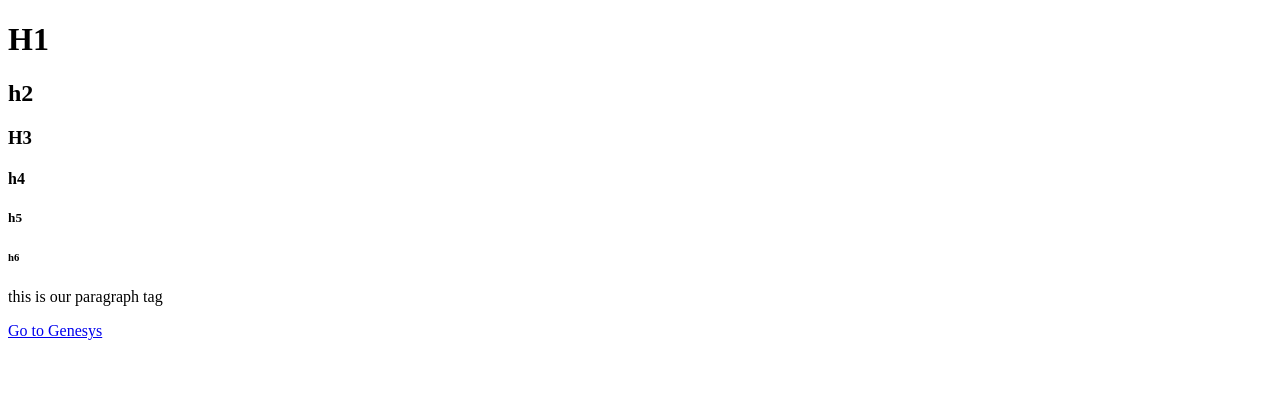
Repository: Ifenna-Pascal/firstRepo
Page: index.html
These files come from the project's save history. The page is drawn as it stood at one moment and after a run of saves; the edit follows.
The browser window is 1280 px wide. The pictures show the whole page.

Above is the page before, as saved 2023-07-14 12:15:09.

After the next 2 saves:
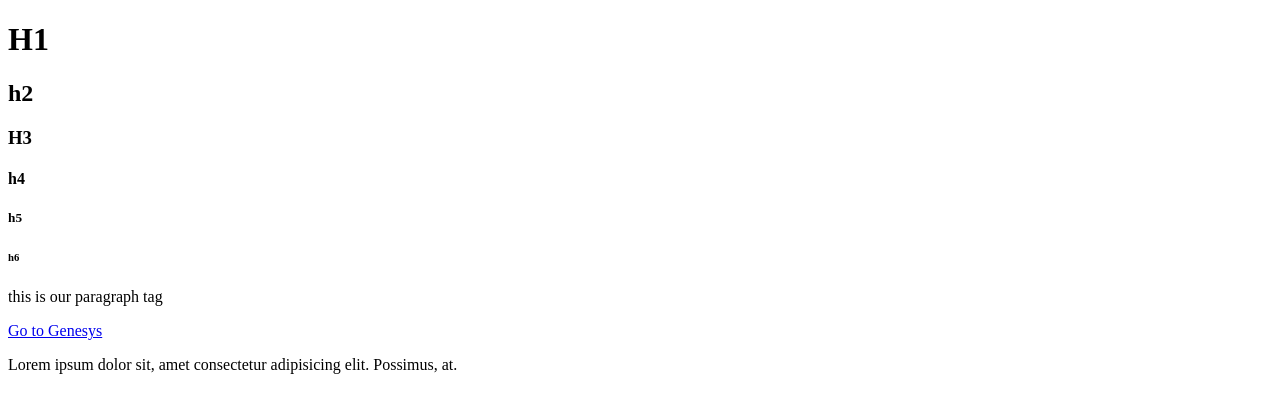
The 2 saves are shown as one change because they came seconds apart.
The last was saved 33 s later.
--- a/index.html
+++ b/index.html
@@ -37,5 +37,8 @@
         <span>Lorem ipsum <b>dolor</b> sit amet consectetur.</span>
     </section> -->
     <a href="https://www.genesystechhub.com/" title="Linkk" target="_blank">Go to Genesys</a>
+    <p>
+        <div>Lorem ipsum dolor sit, amet consectetur adipisicing elit. Possimus, at.</div>
+    </p>
 </body>
 </html>

After the save that followed:
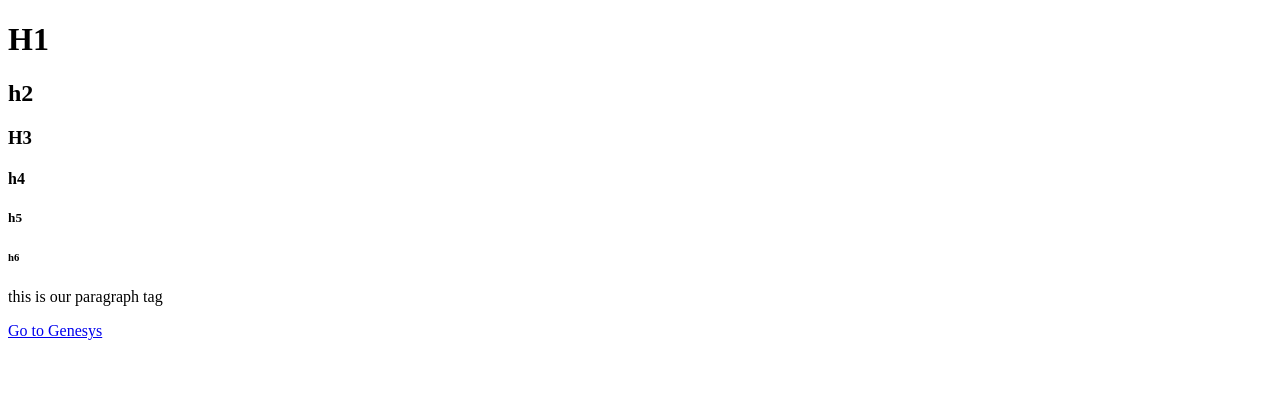
Saved 10 s later.
--- a/index.html
+++ b/index.html
@@ -38,7 +38,6 @@
     </section> -->
     <a href="https://www.genesystechhub.com/" title="Linkk" target="_blank">Go to Genesys</a>
     <p>
-        <div>Lorem ipsum dolor sit, amet consectetur adipisicing elit. Possimus, at.</div>
     </p>
 </body>
 </html>
